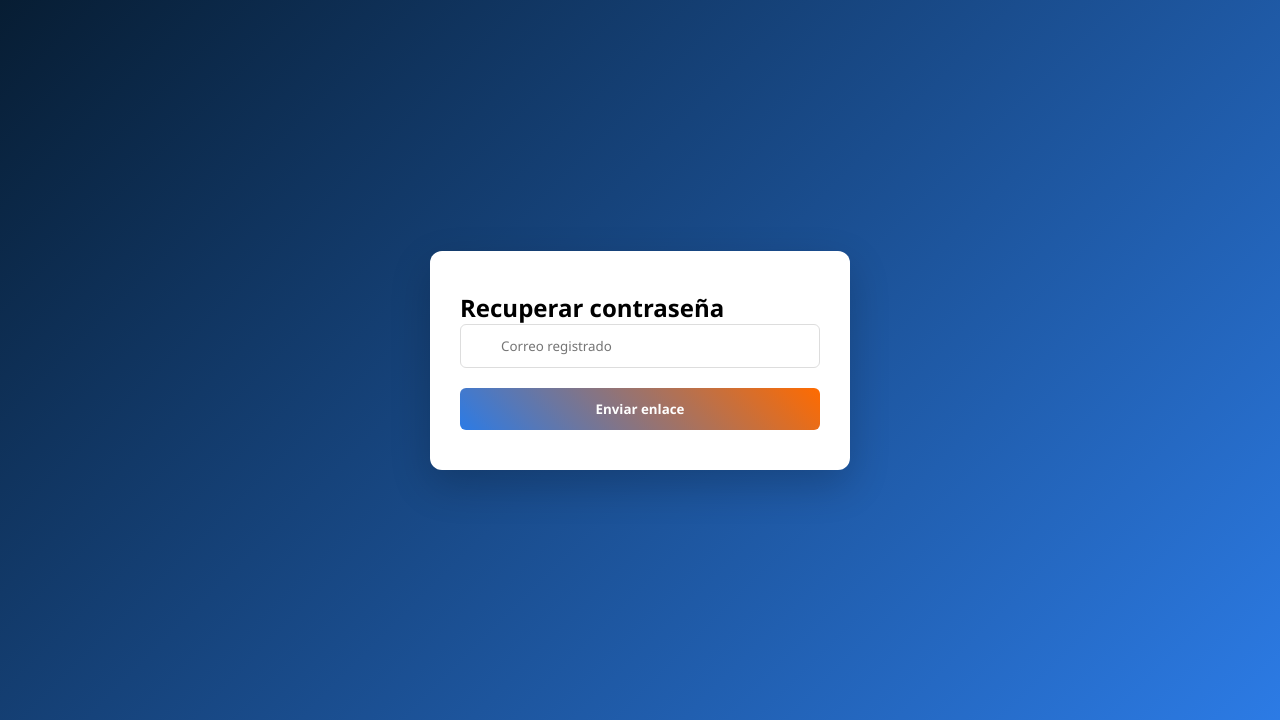
Repository: Miguelperdomo/Biocenter
Page: http://localhost/public_html/PHP/recuperar.php
The author's editor kept a copy of each file at every save. The page is drawn from the files as they stood at one save, then again after the next save.
The browser window is 1280 px wide. The pictures show the whole page.
The page is run by PHP 8.4 with error messages shown; the project is at /var/www/html/.

Above is the page before, as saved 2026-02-16 14:33:38.

After the next save:
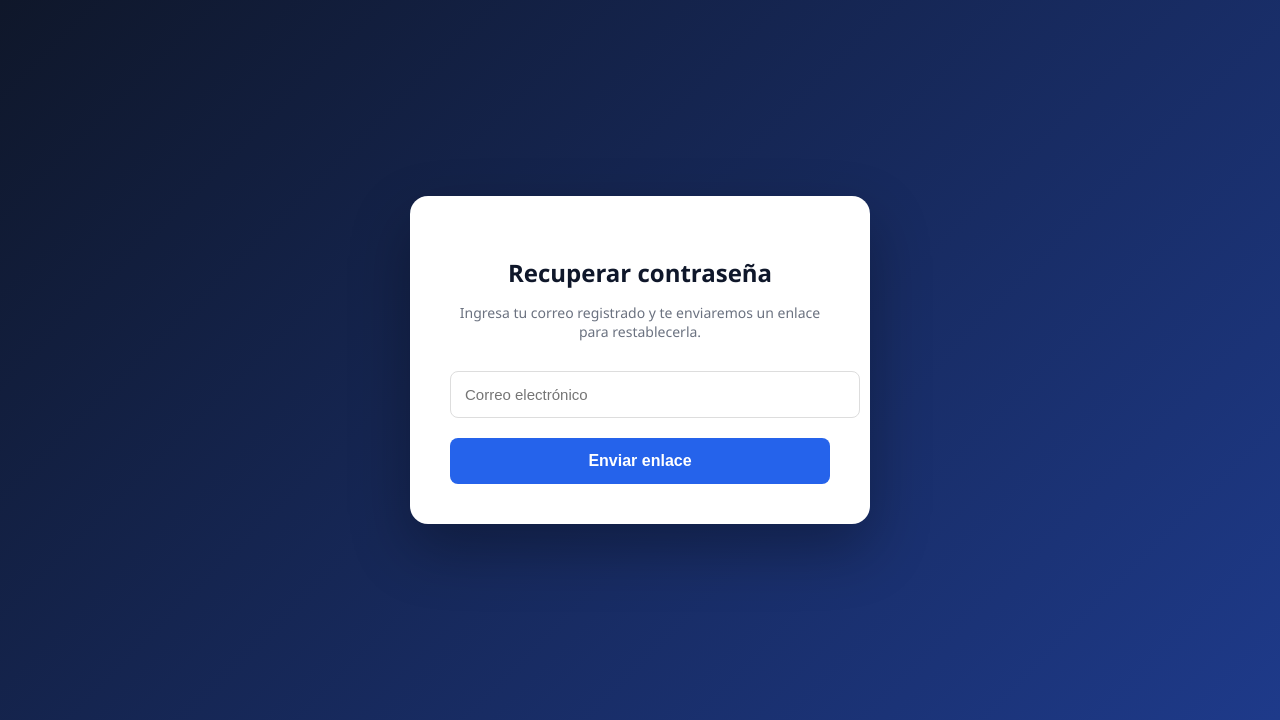
Saved 8 min 59 s later.
--- a/PHP/recuperar.php
+++ b/PHP/recuperar.php
@@ -1,31 +1,142 @@
 <?php session_start(); ?>
-
-
 <!DOCTYPE html>
-<html>
+<html lang="es">
 <head>
 <meta charset="UTF-8">
-<link rel="stylesheet" href="diseno/style2.css">
+<meta name="viewport" content="width=device-width, initial-scale=1.0">
+
+<title>Recuperar contraseña</title>
+
+<style>
+
+/* ===== FONDO ===== */
+body{
+    margin:0;
+    font-family:'Segoe UI', Tahoma, sans-serif;
+    background: linear-gradient(135deg,#0f172a,#1e3a8a);
+    height:100vh;
+    display:flex;
+    justify-content:center;
+    align-items:center;
+}
+
+/* ===== TARJETA ===== */
+.card{
+    background:white;
+    width:380px;
+    max-width:90%;
+    padding:40px;
+    border-radius:18px;
+    box-shadow:0 25px 60px rgba(0,0,0,0.3);
+    text-align:center;
+    animation:fadeIn .7s ease;
+}
+
+@keyframes fadeIn{
+    from{opacity:0;transform:translateY(30px);}
+    to{opacity:1;transform:translateY(0);}
+}
+
+h2{
+    margin-bottom:10px;
+    color:#0f172a;
+}
+
+p{
+    color:#6b7280;
+    font-size:14px;
+    margin-bottom:30px;
+}
+
+/* ===== INPUT ===== */
+.input-group{
+    margin-bottom:20px;
+}
+
+input{
+    width:100%;
+    padding:14px;
+    border-radius:8px;
+    border:1px solid #ddd;
+    font-size:15px;
+    transition:.3s;
+}
+
+input:focus{
+    border-color:#2563eb;
+    outline:none;
+    box-shadow:0 0 6px rgba(37,99,235,.3);
+}
+
+/* ===== BOTON ===== */
+button{
+    width:100%;
+    padding:14px;
+    border:none;
+    border-radius:8px;
+    background:#2563eb;
+    color:white;
+    font-size:16px;
+    cursor:pointer;
+    font-weight:bold;
+    transition:.3s;
+}
+
+button:hover{
+    background:#1d4ed8;
+}
+
+/* ===== MENSAJES ===== */
+.alert{
+    padding:12px;
+    border-radius:6px;
+    margin-bottom:20px;
+    font-size:14px;
+}
+
+.success{
+    background:#d1fae5;
+    color:#065f46;
+}
+
+.error{
+    background:#fee2e2;
+    color:#7f1d1d;
+}
+
+</style>
 </head>
+
 <body>
 
-<div class="login-container">
-<div class="login-card">
+<div class="card">
 
 <h2>Recuperar contraseña</h2>
+<p>Ingresa tu correo registrado y te enviaremos un enlace para restablecerla.</p>
+
+<?php if(isset($_SESSION['success'])): ?>
+<div class="alert success">
+<?php echo $_SESSION['success']; unset($_SESSION['success']); ?>
+</div>
+<?php endif; ?>
+
+<?php if(isset($_SESSION['error'])): ?>
+<div class="alert error">
+<?php echo $_SESSION['error']; unset($_SESSION['error']); ?>
+</div>
+<?php endif; ?>
 
 <form action="enviar_reset.php" method="POST">
 
 <div class="input-group">
-<input type="email" name="email" placeholder="Correo registrado" required>
+<input type="email" name="email" placeholder="Correo electrónico" required>
 </div>
 
-<button class="btn-login">Enviar enlace</button>
+<button type="submit">Enviar enlace</button>
 
 </form>
 
 </div>
-</div>
 
 </body>
 </html>
